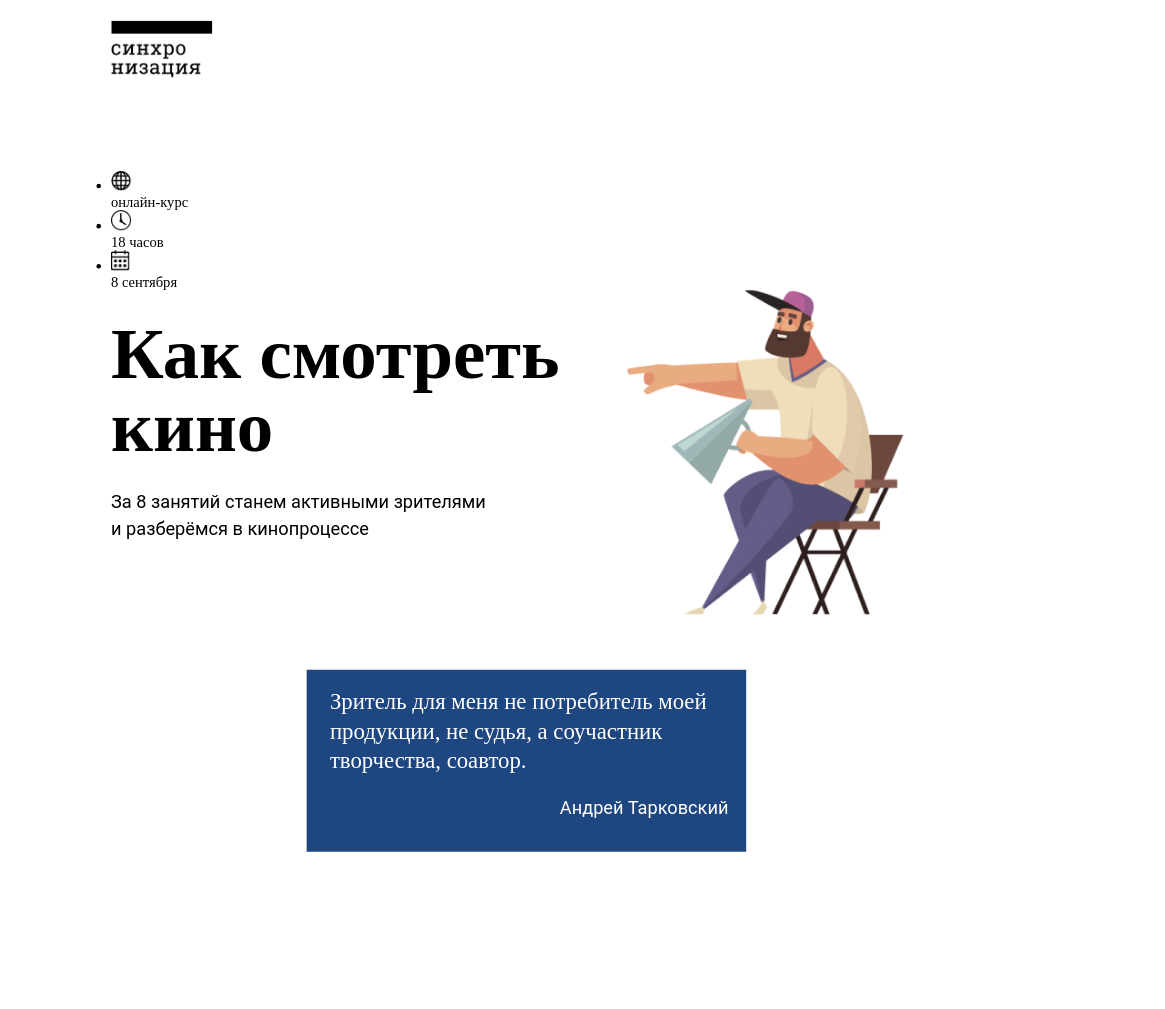
Repository: PoladEziz/Task-8
Page: index.html
An editor plug-in stored every save of this project. The page is shown before and after the next save, followed by the edit.
The browser window is 1280 px wide. The pictures show the whole page, at 91% of full size.

Above is the page before, as saved 2023-05-25 16:24:00.

After the next save:
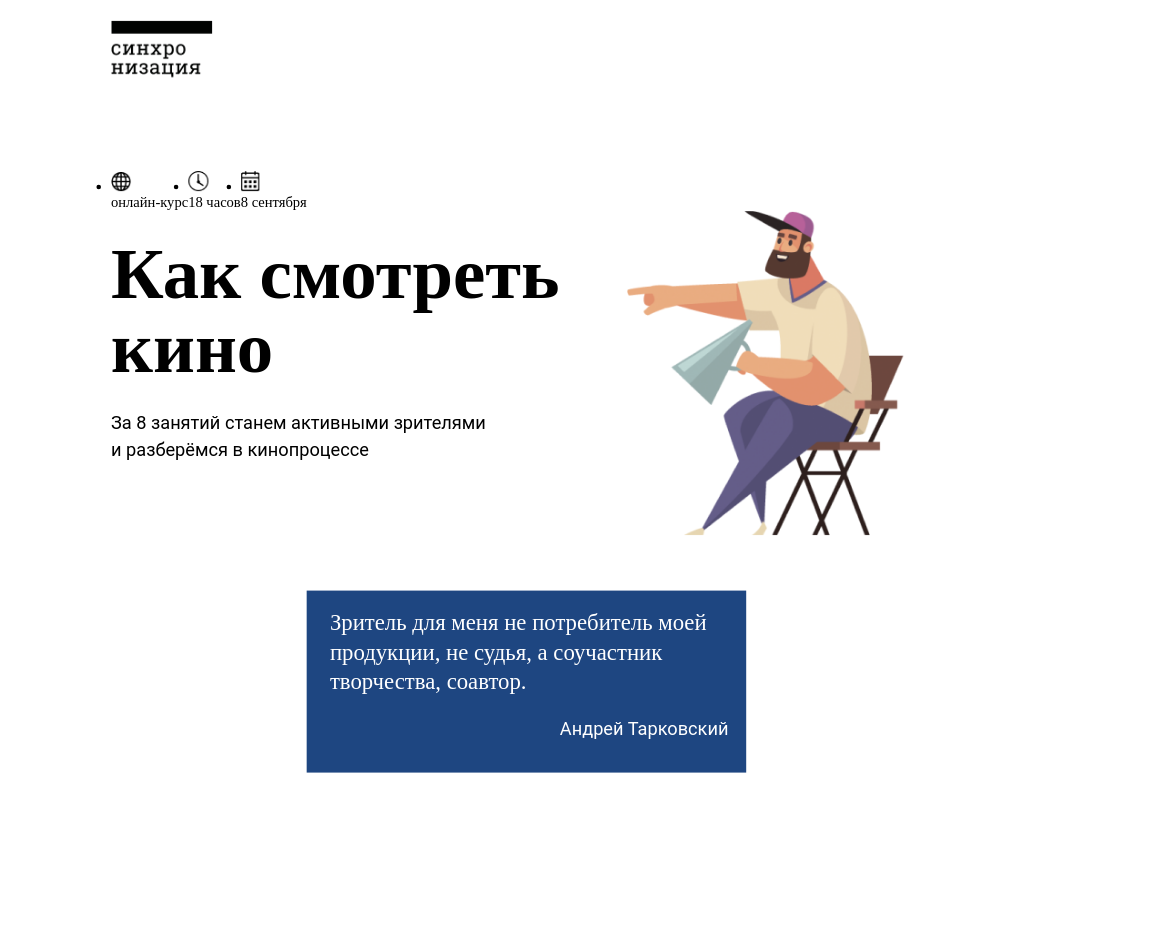
Saved 19 s later.
--- a/index.css
+++ b/index.css
@@ -69,7 +69,7 @@
   height: 66px;
 }
 
-.box1 ul {
+ ul {
   display: flex;
   align-items: center;
 }
